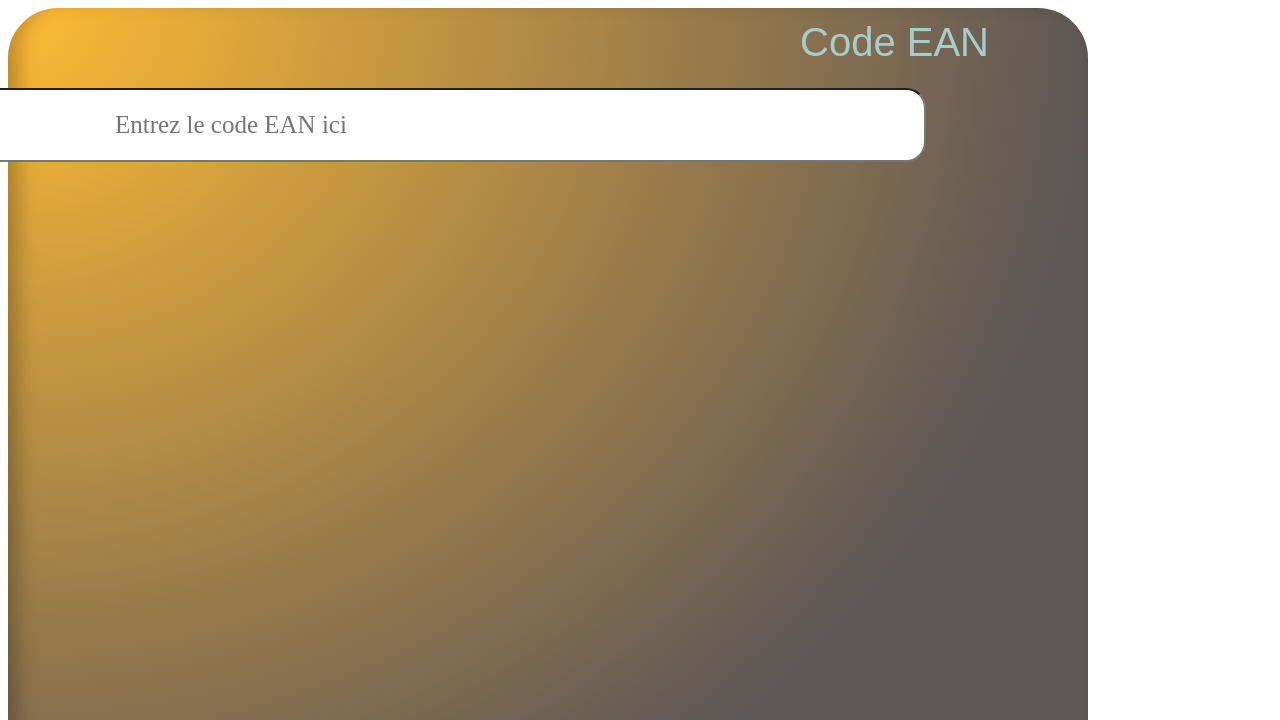
Repository: Zouz01/exo-toucan
Page: index.html
These files come from the project's save history. The page is drawn as it stood at one moment and after the next save; the edit follows.
The browser window is 1280 px wide. The pictures show the whole page.

Above is the page before, as saved 2023-09-21 11:41:36.

### index.html
<!DOCTYPE html>
<html lang="fr">
<head>
    <meta charset="UTF-8">
    <meta name="viewport" content="width=device-width, initial-scale=1">
    <title>TOUCAN API</title>
    <link rel="stylesheet" type="text/css" href="main.css">
</head>
<body>
    <div class="container">
        <!-- Formulaire de recherche -->
        <form id="product-form" action="https://fr.openfoodfacts.org/api/v0/product/<<code_EAN_13>>" method="POST">
            <label for="code_ean">Code EAN </label>
            <input type="text" id="code_ean" name="code_ean" placeholder="Entrez le code EAN ici"><!-- Champ de saisie du code EAN -->
            <button type="submit" id="submit">Rechercher</button> <!-- Bouton de soumission du formulaire -->
        </form>

        <!-- Conteneur pour l'affichage de l'image et des informations -->
        <div><img id="img"></div>
        <div id="product-info"></div>
    </div>

    <!-- Inclusion du script JavaScript -->
    <script src="main.js"></script>
</body>
</html>

### main.css
body {
    font-family: Arial, sans-serif;




    display: flex; /* Utilisation de Flexbox pour centrer le contenu */



}

.container {

   position: fixed;


    background: radial-gradient(100% 100% at 0% 0%, #FFBA33 0%, #5e5757 100%);
   /* background: radial-gradient(100% 100% at 0% 0%, #A6A6A6 0.46%, #000000 78.06%);
    background: linear-gradient(167.94deg, #7AA77E 0%, #476F72 100%);*/

    opacity: 1.8;
    box-shadow: inset 10px -10px 20px rgba(0, 0, 0, 0.25);
    border-radius: 50px;
}

/* position ecriture label*/
label {

    top: 20px;
    font-size: 40px;
    color: rgb(167, 204, 204);
   left: 120px;
    position :fixed;



}
/*position img*/
#img {
    position: relative;
   border-radius: 20px;

}

/*position retour d'information produit*/
 #product-info {
    position: absolute;
    padding: 20px;
    color:rgb(171, 221, 205);
    top: 100px;

 }
h2 {
    font-size: xx-large;
    color: #7af3b1;
}
p{
    font-size: larger ;
}

/* Champ de saisie pour entrer le code EAN */
#code_ean {
    position: absolute;
   border-radius: 20px;
    width: 382px;
    height: 38px;
   right:24px ;
    top: 80px;
    font-family: 'Montserrat';
font-style: normal;
font-weight: 500;
font-size: 25px;
line-height: 30px;
text-align: center;

color: #0f0d0d;



}

/* Bouton de recherche */
button[type="submit"] {


  background-color: #67d699;





}




/* styles pour les écrans plus grands */
@media (min-width: 900px) {
     .container {
        width: 1080px;
        height: 960px;
     }
        button[type="submit"] {
            position: absolute;
    width: 184px;
    height: 83px;
  background-color: #67d699;
    bottom: 50px;
    border-radius: 20px;
    right: 870px;
        }
        #code_ean {
            position: absolute;
           border-radius: 20px;
            width: 1382px;
            height: 68px;
           right:15% ;
            top: 80px;
            font-family: 'Montserrat';
        font-style: normal;
        font-weight: 500;
        font-size: 25px;
        line-height: 30px;
        text-align: center;
        color: #0f0d0d;

 }
 label {

    top: 20px;
    font-size: 40px;
    color: rgb(167, 204, 204);
   left: 800px;
    position :fixed;

}
#product-info {
    position: absolute;
    padding: 50px;
    color:rgb(171, 221, 205);
    top: 200px;
    left: 30%;

 }
 #img {
    position: relative;
   border-radius: 20px;
   max-width: 20%;
   max-height: 10%;
   top: 230px;
   right: 30%;
}
h2 {
    font-size: 50px;
    color: aqua;
}
p{
    font-size: 30px ;
}
}

### main.js
const form = document.querySelector("#product-form"); //Interagit avec  HTML avec l'id "product-form"
const code_ean = document.querySelector("#code_ean"); //Interagit avec  HTML  avec l'id "code_ean"
const productInfo = document.querySelector("#product-info"); //Interagit avec  HTML avec l'id "les informations produits"
const img = document.querySelector("#img");  //Interagit avec  HTML avec l'id "les images"
const submit = document.querySelector("#submit");  //Interagit avec  HTML avec l'id "Boutton envoi"


submit.addEventListener("click", (e) => { // Ecouteur d'événement sur le bouton d'envoi qui écoute un événement de clic
    e.preventDefault();

    // validation du code
    if (code_ean.value.length !== 13) {
        alert("Le code EAN doit contenir 13 chiffres.");// Le script vérifie si la valeur du champ de saisie du code EAN comporte 13 caractères
        return;                                         // Sinon, il affiche une alerte indiquant que le code EAN doit contenir 13 chiffres.
    }else

// Si code correct alors ...
    // Récupére les informations du produit depuis l'API
    fetch("https://fr.openfoodfacts.org/api/v0/product/" + code_ean.value) //Méthode pour envoyer une requête GET à l'API
        .then((reponse) => reponse.json())   //  Convertit  la réponse de l'API en JSON
        .then((data) => {                    //  Pour accéder aux données.
            let product = data.product;
            img.src = product.image_url;


             //Affiche les informations sur le produit, ( avec innerHTML on definila source de l'éléments)
             productInfo.innerHTML =`
             <h2><b>Nom</b> : ${product.abbreviated_product_name}</h2>
             <p><b>Marque</b> : ${product.brands}</p>
             <p><b>Catégorie</b> : ${product.categories}</p>
             <p><b>Ingrédients</b> : ${product.ingredients_text}</p>`
             console.log (data)
        }); // ${} veut dire interpreter

});

   /*fecht veut dire aller chercher*/

After the next save:
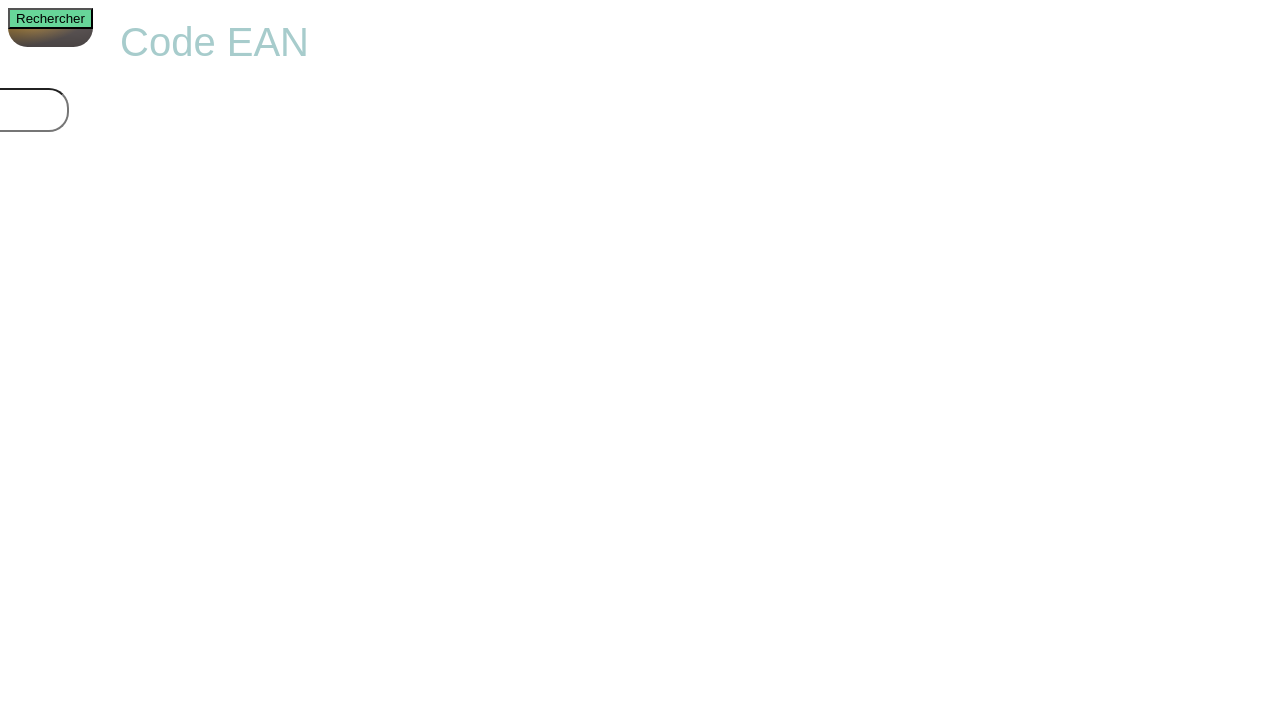
Saved 16 s later.
--- a/main.css
+++ b/main.css
@@ -96,66 +96,3 @@ button[type="submit"] {
 
 
 /* styles pour les écrans plus grands */
-@media (min-width: 900px) {
-     .container {
-        width: 1080px;
-        height: 960px;
-     }
-        button[type="submit"] {
-            position: absolute;
-    width: 184px;
-    height: 83px;
-  background-color: #67d699;
-    bottom: 50px;
-    border-radius: 20px;
-    right: 870px;
-        }
-        #code_ean {
-            position: absolute;
-           border-radius: 20px;
-            width: 1382px;
-            height: 68px;
-           right:15% ;
-            top: 80px;
-            font-family: 'Montserrat';
-        font-style: normal;
-        font-weight: 500;
-        font-size: 25px;
-        line-height: 30px;
-        text-align: center;
-        color: #0f0d0d;
-
- }
- label {
-
-    top: 20px;
-    font-size: 40px;
-    color: rgb(167, 204, 204);
-   left: 800px;
-    position :fixed;
-
-}
-#product-info {
-    position: absolute;
-    padding: 50px;
-    color:rgb(171, 221, 205);
-    top: 200px;
-    left: 30%;
-
- }
- #img {
-    position: relative;
-   border-radius: 20px;
-   max-width: 20%;
-   max-height: 10%;
-   top: 230px;
-   right: 30%;
-}
-h2 {
-    font-size: 50px;
-    color: aqua;
-}
-p{
-    font-size: 30px ;
-}
-}
